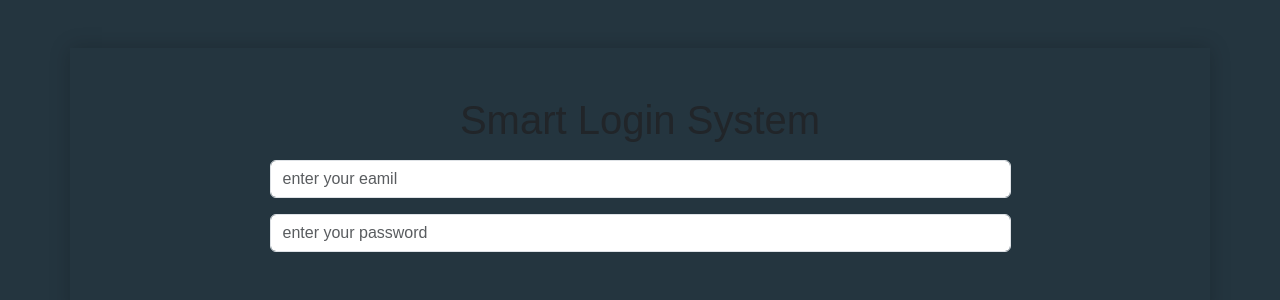
Repository: bodajava/TASK-4
Page: index.html
These files come from the project's save history. The page is drawn as it stood at one moment and after the next save; the edit follows.
The browser window is 1280 px wide. The pictures show the whole page.

Above is the page before, as saved 2025-06-16 18:41:22.

### index.html
<!DOCTYPE html>
<html lang="en">
  <head>
    <link rel="stylesheet" href="CSS/all.min.css" />
    <link rel="stylesheet" href="CSS/bootstrap.css" />
    <link rel="stylesheet" href="CSS/style.css" />
    <meta charset="UTF-8" />
    <meta name="viewport" content="width=device-width, initial-scale=1.0" />
    <title>Document</title>
  </head>
  <body>
    <div id="item" class="container my-5 text-center">
      <div id="" class="m-auto w-75 p-5">
        <h1>Smart Login System</h1>
        <input
          type="text"
          class="form-control my-3"
          placeholder="enter your eamil"
          id="signinEmail"
        />
        <input
          type="password"
          class="form-control my-3"
          placeholder="enter your password"
          id="signinPassword"
        />
      </div>
    </div>

    <script src="js/bootstrap.bundle.min.js"></script>
    <script src="js/index.js"></script>
  </body>
</html>

### CSS/style.css
* {
  padding: 0;
  margin: 0;
  box-sizing: border-box;
}

body {
  background-color: #24353f;

  display: flex;
  justify-content: center;
  align-items: center;
  font-family: Arial, sans-serif;
}

#item {
  box-shadow: 0 0 20px rgba(0, 0, 0, 0.2);
}

.form-control:focus {
  box-shadow: 0 0 0;
}

h1 {
}

Loaded but not shown: CSS/all.min.css (library); CSS/bootstrap.css (library); js/bootstrap.bundle.min.js (library); js/index.js (no copy from this time; the picture is the same without it)

After the next save:
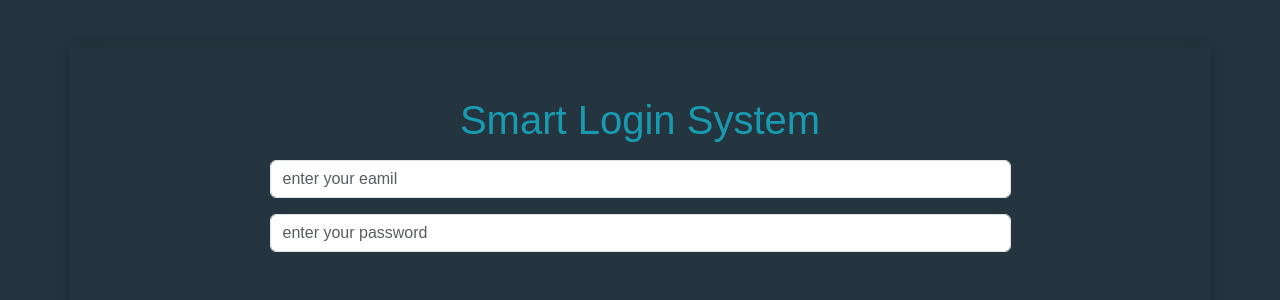
Saved 18 s later.
--- a/CSS/style.css
+++ b/CSS/style.css
@@ -22,4 +22,5 @@ body {
 }
 
 h1 {
+  color: #189bb1;
 }
